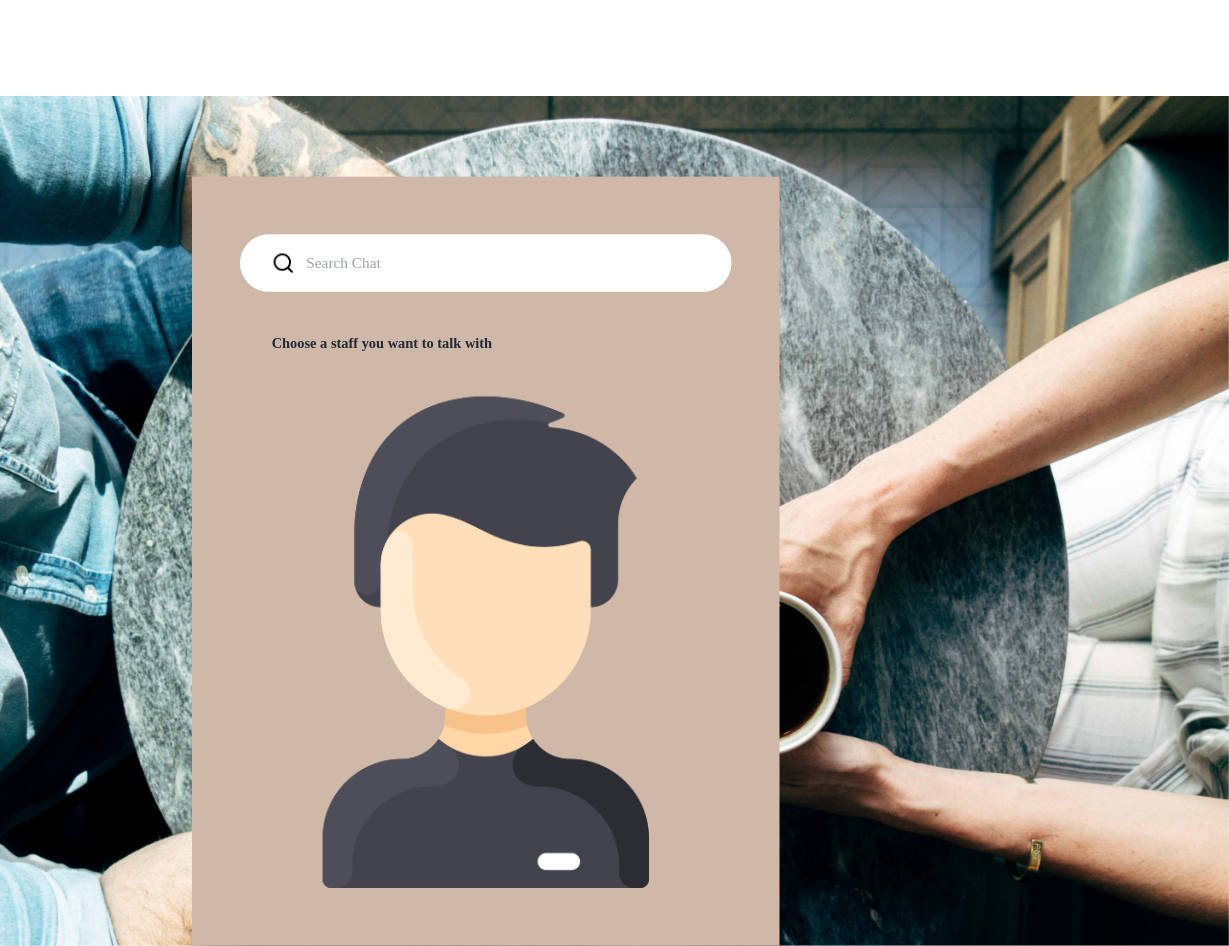
Repository: boykebn/fw12-collab2-FRONTEND
Page: /chat (app in our/)
These files come from the project's save history. The page is drawn as it stood at one moment and after the next save; the edit follows.
The browser window is 1280 px wide. The pictures show the whole page, at 96% of full size.
The project was rebuilt for these pictures with package versions that can differ from the ones it lists, and the page was loaded fresh each time. The framework's server and built-in components were replaced by stand-ins that run in the browser. Also part of the build but not shown: our/next.config.js.

Above is the page before, as saved 2022-12-31 23:47:56.

After the next save:
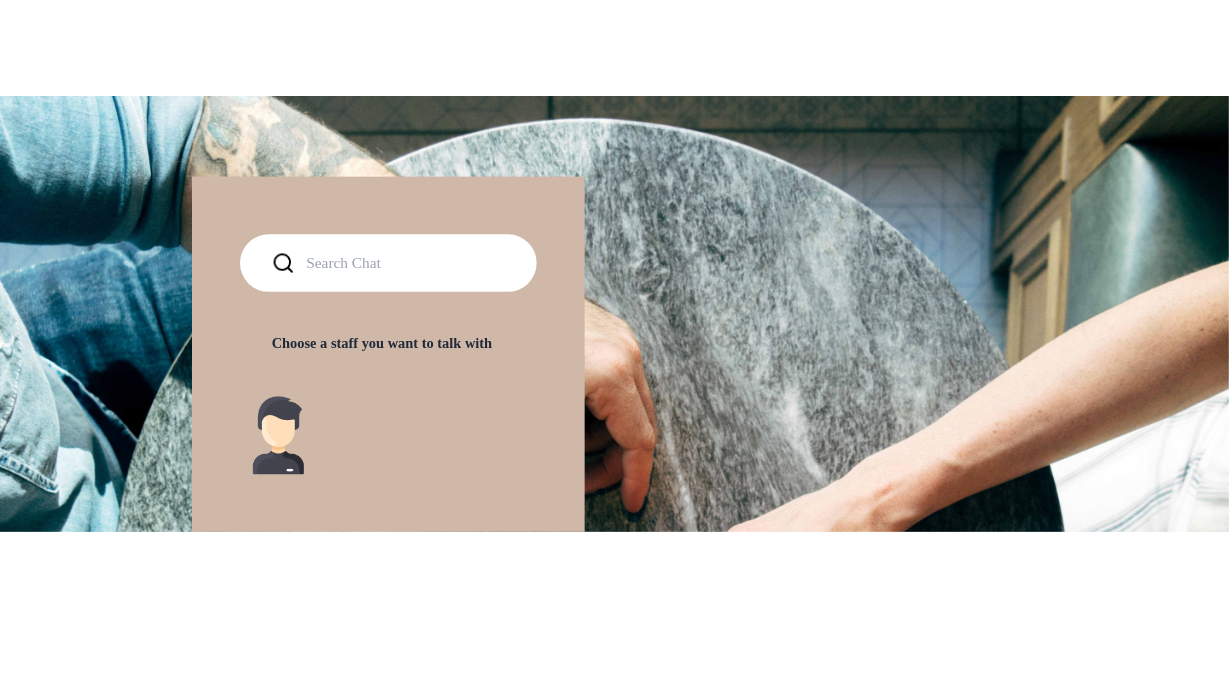
Saved 17 s later.
--- a/our/pages/chat.js
+++ b/our/pages/chat.js
@@ -17,7 +17,7 @@ const Chat = () => {
               Choose a staff you want to talk with
             </p>
             <div>
-              <Image src={man} alt="man" className="" />
+              <Image src={man} alt="man" className="w-[80px] h-[81px]" />
             </div>
           </div>
           <div></div>
